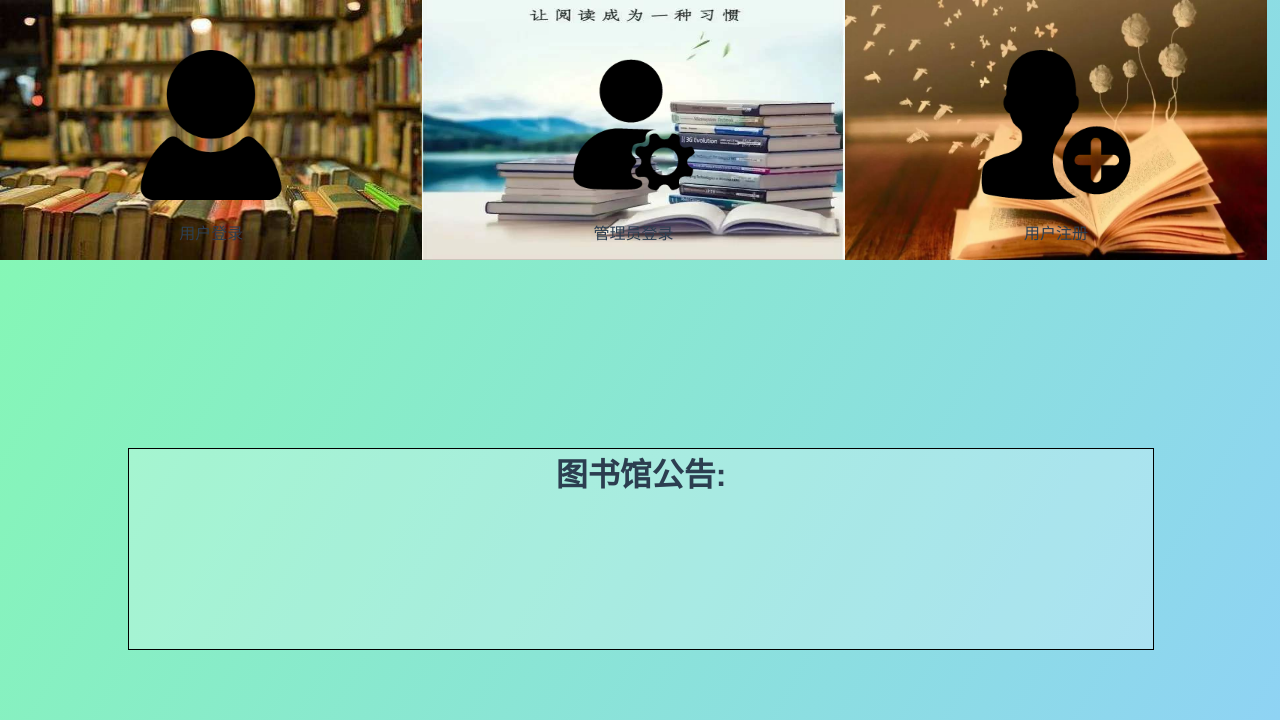
Repository: Akron-xz/helloVue
Page: / (app in vue-library/)
The author's editor kept a copy of each file at every save. The page is drawn from the files as they stood at one save, then again after the next save.
The browser window is 1280 px wide. The pictures show the whole page.
The page's requests for data from a server got no answer. The project was rebuilt for these pictures with package versions that can differ from the ones it lists, and the page was loaded fresh each time. No one was signed in, and anything a server would have sent is missing.

Above is the page before, as saved 2020-11-24 14:53:21.

### vue-library/src/main.js
import Vue from 'vue'
import App from './App.vue'
import ElementUI from 'element-ui';
import 'element-ui/lib/theme-chalk/index.css';
import axios from "axios"
import router from './router'
import Router from 'vue-router'

const routerPush = Router.prototype.push
Router.prototype.push = function push(location) {
    return routerPush.call(this, location).catch(error => error)
}

Vue.config.productionTip = false
Vue.use(ElementUI);
Vue.prototype.$axios = axios;


new Vue({
    router,
    render: h => h(App)
}).$mount('#app')

### vue-library/src/router/index.js
import Vue from 'vue'
import VueRouter from 'vue-router'
import Home from '../views/Home.vue'


Vue.use(VueRouter)

const routes = [{
        path: '/',
        name: 'Home',
        component: Home
    },
    {
        path: '/about',
        name: 'About',
        // route level code-splitting
        // this generates a separate chunk (about.[hash].js) for this route
        // which is lazy-loaded when the route is visited.
        component: () =>
            import ( /* webpackChunkName: "about" */ '../views/About.vue')
    },
    {
        path: '/admin',
        name: 'Admin',
        // route level code-splitting
        // this generates a separate chunk (about.[hash].js) for this route
        // which is lazy-loaded when the route is visited.
        component: () =>
            import ( /* webpackChunkName: "about" */ '../views/Administrator.vue')
    },
    {
        path: "/userLogin",
        name: "UserLogin",
        component: () =>
            import ('../views/UserLogin.vue')
    },
    {
        path: "/user",
        name: "User",
        component: () =>
            import ( /* webpackChunkName: "about" */ '../views/User.vue')
    },
    {
        path: "/signup",
        name: "SignUp",
        component: () =>
            import ('../views/SignUp.vue')
    },
    {
        path: "/adminmain",
        name: "AdminMain",
        component: () =>
            import ('../views/AdminMain.vue')
    },
    {

        path: "/MyInformation",
        name: "MyInformation",
        component: () =>
            import ('../views/MyInformation.vue')
    },
    {
        path: "/library",
        name: "Library",
        component: () =>
            import ( /* webpackChunkName: "about" */ '../views/Library.vue')

    },
    {
        path: "/modifymsg",
        name: "ModifyMsg",
        component: () =>
            import ('../views/ModifyMsg.vue')
    },
    {
        path: "/borrowhistory",
        name: "BorrowHistory",
        component: () =>
            import ('../views/BorrowHistory.vue')
    },
    {
        path: "/newissue",
        name: "NewIssue",
        component: () =>
            import ('../views/NewIssue.vue')
    },
    {
        path: "/booksearch",
        name: "BookSearch",
        component: () =>
            import ('../views/BookSearch.vue')
    },
    {
        path: "/MyBookshelves",
        name: "MyBookshelves",
        component: () =>
            import ('../views/MyBookshelves.vue')
    },
    {
        path: "/modifyAnnounce",
        name: "ModifyAnnounce",
        component: () =>
            import ('../views/ModifyAnnounce.vue')
    },
    {
        path: "/statistics",
        name: "Statistics",
        component: () =>
            import ('../views/Statistics.vue')
    },


]

const router = new VueRouter({
    routes
})

export default router

### vue-library/src/views/Home.vue
<template>
  <div class="home-container">
    <div class="login box">
      <img src="/img/home/userIcon.png" alt="" class="home-img" @click="toLogin" />
      <p class="logo-name" @click="toLogin">用户登录</p>
    </div>

    <div class="admin box">
      <img src="/img/home/manageIcon.png" alt="" class="home-img" @click="toAdmin" />
      <p class="logo-name" @click="toAdmin">管理员登录</p>
    </div>

    <div class="signup box">
      <img
        src="/img/home/signupIcon.png"
        alt=""
        class="home-img"
        @click="toSignUp"
      />
      <p class="logo-name" @click="toSignUp">用户注册</p>
    </div>

    <div class="announce-box">
      <h1>图书馆公告:</h1>
      <p>{{ announceContent }}</p>
    </div>
    <div class="img">
      <!-- <img src="/img/anoncementImg.svg" alt="" class="anoncementImg">  -->
    </div>
  </div>
</template>>


<script>
import axios from "axios";
export default {
  data() {
    return {
      announceTime: "",
      announceContent: "",
      permission: false,
    };
  },
  methods: {
    getAnnounce() {
      axios({
        method: "get",
        url: "http://localhost:8081/announce/list",
      })
        .then((res) => {
          let announceContent = res.data.announceContent;
          this.announceContent = announceContent;
          console.log(announceContent);
        })
        .catch(function (error) {
          //请求失败
          console.log("error...", error);
        });
    },
    // 登录
    toLogin() {
      this.permission = true;
      this.$router.push({ path: "/UserLogin" });
    },
    // 管理员登录
    toAdmin() {
      this.permission = true;
      this.$router.push({ path: "/admin" });
    },
    // 注册账号
    toSignUp() {
      this.permission = true;
      this.$router.push({ path: "/signup" });
    },
  },
  created() {
    this.getAnnounce();
  },

  // 只有点击上面 用户登录 或 管理员登录 或 注册 才能跳转 (导航守卫)
  // beforeRouteLeave (to, from, next) {
  //   if (this.permission) {
  //     next();
  //   }else {
  //     next(false);
  //   }
  // }
};
</script>

<style  scoped>
.home-container {
  position: fixed;
  left: 0;
  top: 0;
  width: 100%;
  height: 100%;
  background-repeat: no-repeat;
  background-size: 100%;
  background-image: linear-gradient(120deg, #84fab0 0%, #8fd3f4 100%);
  text-align: center;
}

.home-img {
  width: 150px;
  height: 150px;
  margin-top: 50px;
  cursor: pointer;
}

.logo-name:hover {
  cursor: pointer;
  color: blue;
}

.box {
  list-style-type: none;
  float: left;
  margin: auto;
  width: 33%;
}

.login{
  background-image: url(/img/divBg/bg1.jpg);
  background-size: 100% 100%;
}

.admin{
  background-image: url(/img/divBg/bg2.jpg);
  background-size: 100% 100%;
}

.signup{
  background-image: url(/img/divBg/bg3.jpg);
  background-size: 100% 100%;
}

.announce-box {
  position: absolute;
  bottom: 70px;
  left: 50%;
  height: 200px;
  width: 80%;
  margin-left: -40%;
  background-color: #ffffff40;
  border: 1px solid black;
}

.announce-box h1 {
  margin-top: 0;
}

.anoncementImg{
  position: relative;
  bottom: 30%;
}
</style>>

Loaded but not shown: vue-library/public/index.html (common file); vue-library/src/App.vue (common file)

After the next save:
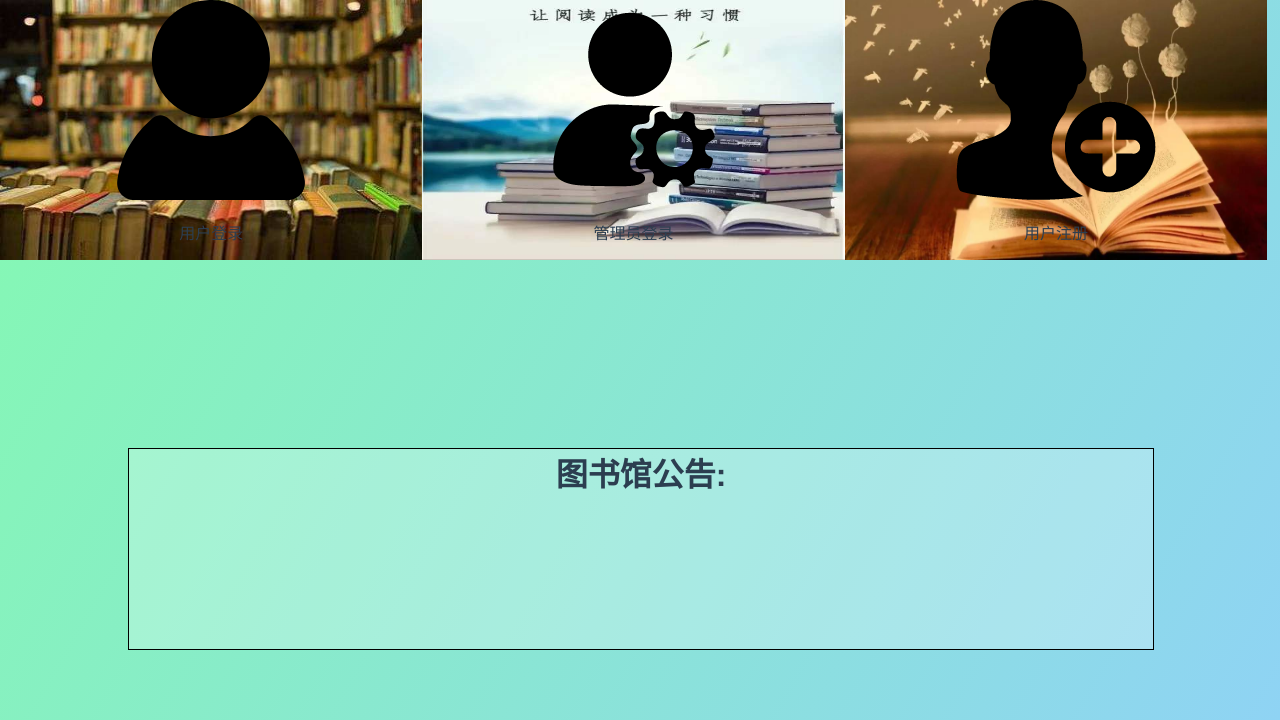
Saved 87 s later.
--- a/vue-library/src/views/Home.vue
+++ b/vue-library/src/views/Home.vue
@@ -1,12 +1,12 @@
 <template>
   <div class="home-container">
     <div class="login box">
-      <img src="/img/home/userIcon.png" alt="" class="home-img" @click="toLogin" />
+      <img src="/img/home/userIcon.png" alt="" class="login-img" @click="toLogin" />
       <p class="logo-name" @click="toLogin">用户登录</p>
     </div>
 
     <div class="admin box">
-      <img src="/img/home/manageIcon.png" alt="" class="home-img" @click="toAdmin" />
+      <img src="/img/home/manageIcon.png" alt="" class="admin-img" @click="toAdmin" />
       <p class="logo-name" @click="toAdmin">管理员登录</p>
     </div>
 
@@ -14,7 +14,7 @@
       <img
         src="/img/home/signupIcon.png"
         alt=""
-        class="home-img"
+        class="signup-img"
         @click="toSignUp"
       />
       <p class="logo-name" @click="toSignUp">用户注册</p>

After the save that followed:
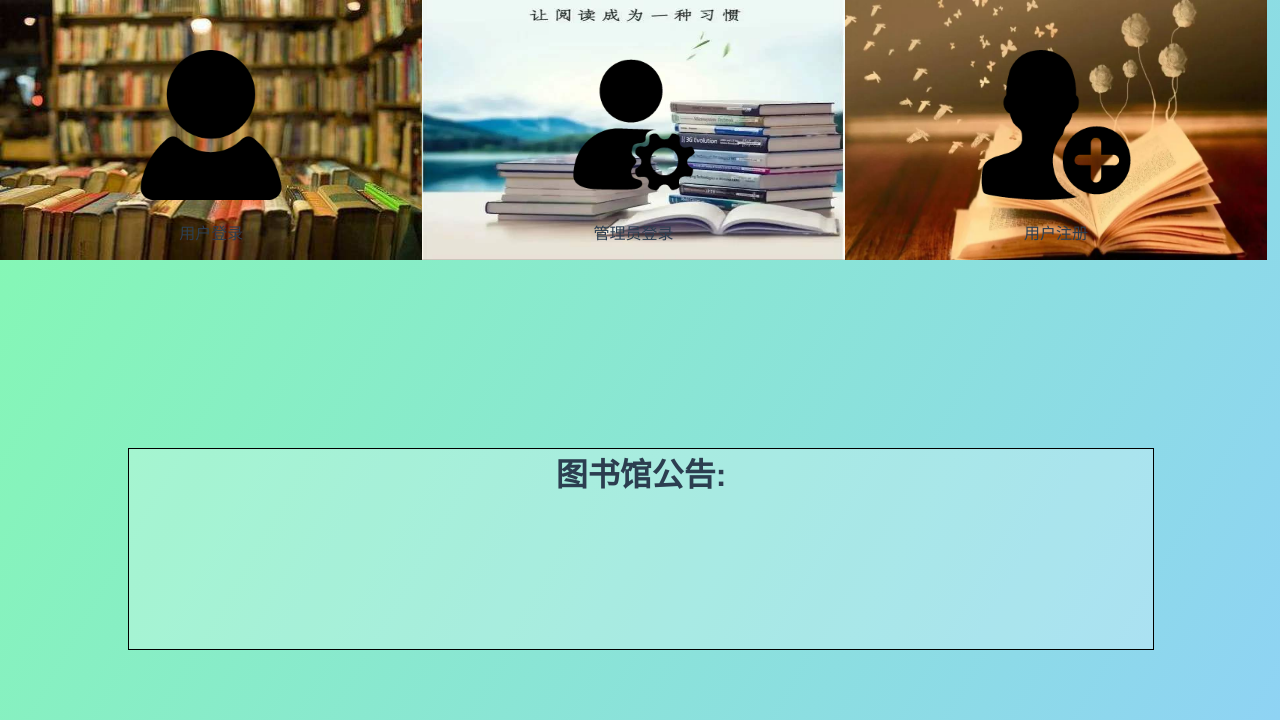
Saved 105 s later.
--- a/vue-library/src/views/Home.vue
+++ b/vue-library/src/views/Home.vue
@@ -101,7 +101,21 @@ export default {
   text-align: center;
 }
 
-.home-img {
+.login-img{
+  width: 150px;
+  height: 150px;
+  margin-top: 50px;
+  cursor: pointer;
+}
+
+.admin-img{
+  width: 150px;
+  height: 150px;
+  margin-top: 50px;
+  cursor: pointer;
+}
+
+.signup-img{
   width: 150px;
   height: 150px;
   margin-top: 50px;
